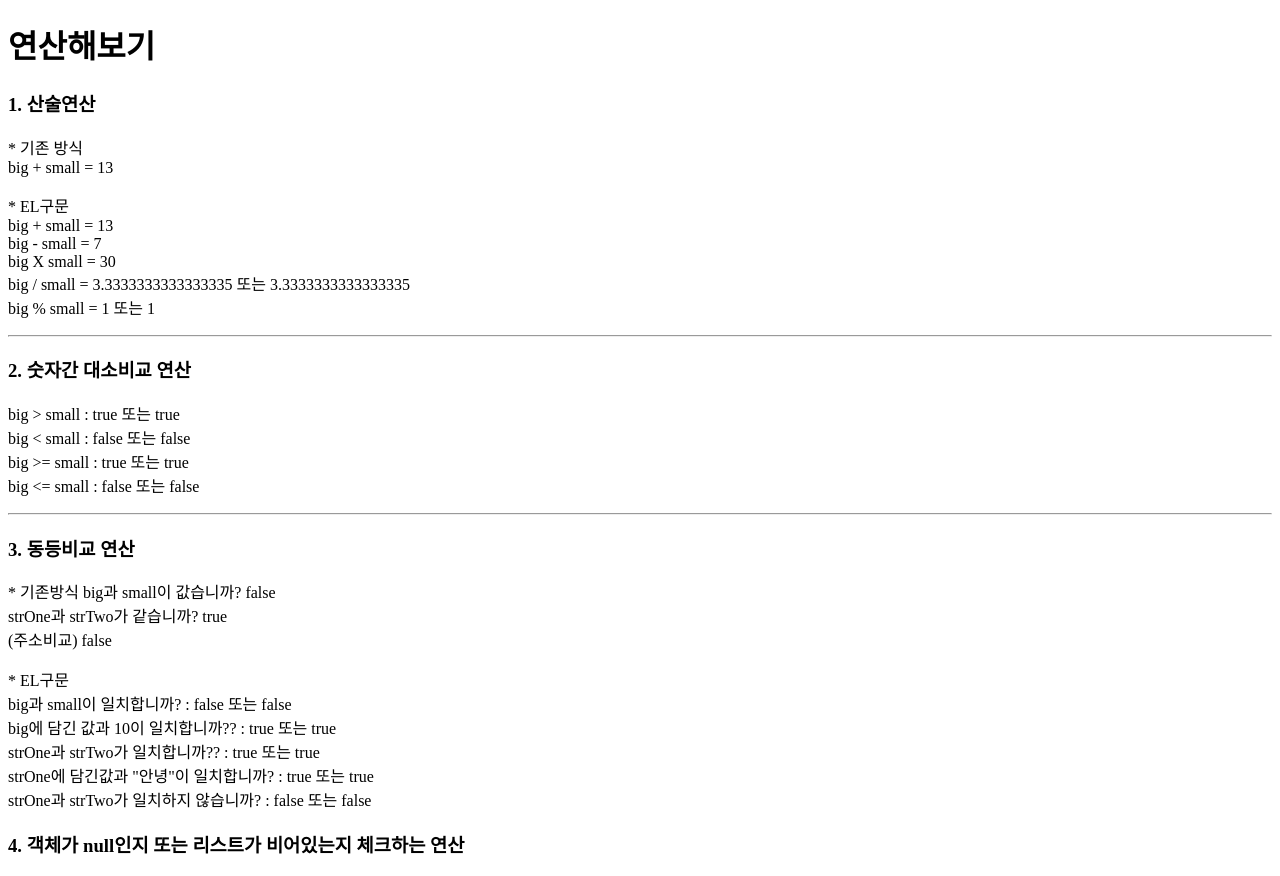
Repository: judeyong/myWebWorkSpace2
Page: http://localhost/Action_Project/operation.do
An editor plug-in stored every save of this project. The page is shown before and after the next save, followed by the edit.
The browser window is 1280 px wide. The pictures show the whole page.
The page is served by Tomcat 9. Other server files are loaded and not shown.

Above is the page before, as saved 2024-04-03 02:38:37.

### Action_Project/WebContent/views/02_elOperation.jsp
<%@ page language="java" contentType="text/html; charset=UTF-8"
    pageEncoding="UTF-8"%>
<!DOCTYPE html>
<html>
<head>
<meta charset="UTF-8">
<title>Insert title here</title>
</head>
<body>

	<h1>연산해보기</h1>
	<h3>1. 산술연산</h3>

	<p>
		* 기존 방식 <br>
		big + small = <%= (int)request.getAttribute("big") + (int)request.getAttribute("small") %>
	</p>

	<p>
		* EL구문<br>
		big + small = ${ big + small } <br>
		big - small = ${ big - small } <br>
		big X small = ${ big * small } <br>
		big / small = ${ big / small } 또는 ${ big div small }<br>
		big % small = ${ big % small } 또는 ${ big mod small }<br>
	</p>

	<hr>

	<h3>2. 숫자간 대소비교 연산</h3>

	<p>
		big &gt; small : ${ big > small } 또는 ${ big gt small } <br>
		big &lt; small : ${ big < small } 또는 ${ gib lt small } <br>
		big &gt;= small : ${ big >= small } 또는 ${ big ge small } <br>
		big &lt;= small : ${ big <= small } 또는 ${ big le small } <br>
	</p>

	<hr>

	<h3>3. 동등비교 연산</h3>

	<p>
		* 기존방식
		big과 small이 값습니까?
		<%= (int)request.getAttribute("big") == (int)request.getAttribute("small") %> <br>
		strOne과 strTwo가 같습니까?
		<%= ((String)request.getAttribute("strOne")).equals((String)request.getAttribute("strTwo")) %> <br>
		(주소비교)
		<%= (String)request.getAttribute("strOne") == (String)request.getAttribute("strTwo") %> <br>
	</p>

	<p>
		* EL구문 <br>
		big과 small이 일치합니까? : ${ big == small } 또는 ${ big eq small }<br>
		big에 담긴 값과 10이 일치합니까??  : ${ big == 10 } 또는 ${ big eq 10 }<br>
		strOne과 strTwo가 일치합니까?? : ${ strOne == strTwo } 또는 ${ strOne eq strTwo } <br>
		<!-- EL에서의 문자열의 == 비교는 자바에서의 equals() 와 같은 동작을 함 -->
		strOne에 담긴값과 "안녕"이 일치합니까? : ${ strOne == "안녕" } 또는 ${ strOne == '안녕' } <br>
		<!-- EL에서의 문자열 리터럴 비교 시 쌍따옴표 / 홑따옴표 둘다 사용 가능 -->
		strOne과 strTwo가 일치하지 않습니까? : ${ strOne != strTwo } 또는 ${ strOne ne strTwo } <br>
		<!-- ne : not equals -->
	</p>

	<h3>4. 객체가 null인지 또는 리스트가 비어있는지 체크하는 연산</h3>

	<p>

	</p>

























</body>
</html>

### Action_Project/src/com/kh/controller/OperationServlet.java
package com.kh.controller;

import java.io.IOException;
import java.util.ArrayList;

import javax.servlet.ServletException;
import javax.servlet.annotation.WebServlet;
import javax.servlet.http.HttpServlet;
import javax.servlet.http.HttpServletRequest;
import javax.servlet.http.HttpServletResponse;

import com.kh.model.vo.Person;

/**
 * Servlet implementation class OperationServlet
 */
@WebServlet("/operation.do")
public class OperationServlet extends HttpServlet {
	private static final long serialVersionUID = 1L;

    /**
     * @see HttpServlet#HttpServlet()
     */
    public OperationServlet() {
        super();
        // TODO Auto-generated constructor stub
    }

	/**
	 * @see HttpServlet#doGet(HttpServletRequest request, HttpServletResponse response)
	 */
	protected void doGet(HttpServletRequest request, HttpServletResponse response) throws ServletException, IOException {

		// 테스트 할 수 있는 값 넘기기
		request.setAttribute("big", 10);
		request.setAttribute("small", 3);

		request.setAttribute("strOne", "안녕");
		request.setAttribute("strTwo", new String("안녕"));

		request.setAttribute("personOne", new Person("홍길동", 15, "한양"));
		request.setAttribute("personTwo", null);

		ArrayList<String> list1 = new ArrayList();
		request.setAttribute("listOne", list1);

		ArrayList<String> list2 = new ArrayList();
		list2.add("ㅎㅇ");
		request.setAttribute("listTwo", list2);

		// 일단 여기까지 requestScope에 총 8개의 값을 담았음
		request.getRequestDispatcher("views/02_elOperation.jsp").forward(request, response);

	}

	/**
	 * @see HttpServlet#doPost(HttpServletRequest request, HttpServletResponse response)
	 */
	protected void doPost(HttpServletRequest request, HttpServletResponse response) throws ServletException, IOException {
		// TODO Auto-generated method stub
		doGet(request, response);
	}

}

### Action_Project/src/com/kh/model/vo/Person.java
package com.kh.model.vo;

public class Person {

	private String name;
	private int age;
	private String address;

	public Person() {
		super();
	}

	public Person(String name, int age, String address) {
		super();
		this.name = name;
		this.age = age;
		this.address = address;
	}

	public String getName() {
		return name;
	}

	public void setName(String name) {
		this.name = name;
	}

	public int getAge() {
		return age;
	}

	public void setAge(int age) {
		this.age = age;
	}

	public String getAddress() {
		return address;
	}

	public void setAddress(String address) {
		this.address = address;
	}

	@Override
	public String toString() {
		return "Person [name=" + name + ", age=" + age + ", address=" + address + "]";
	}

}

After the next save:
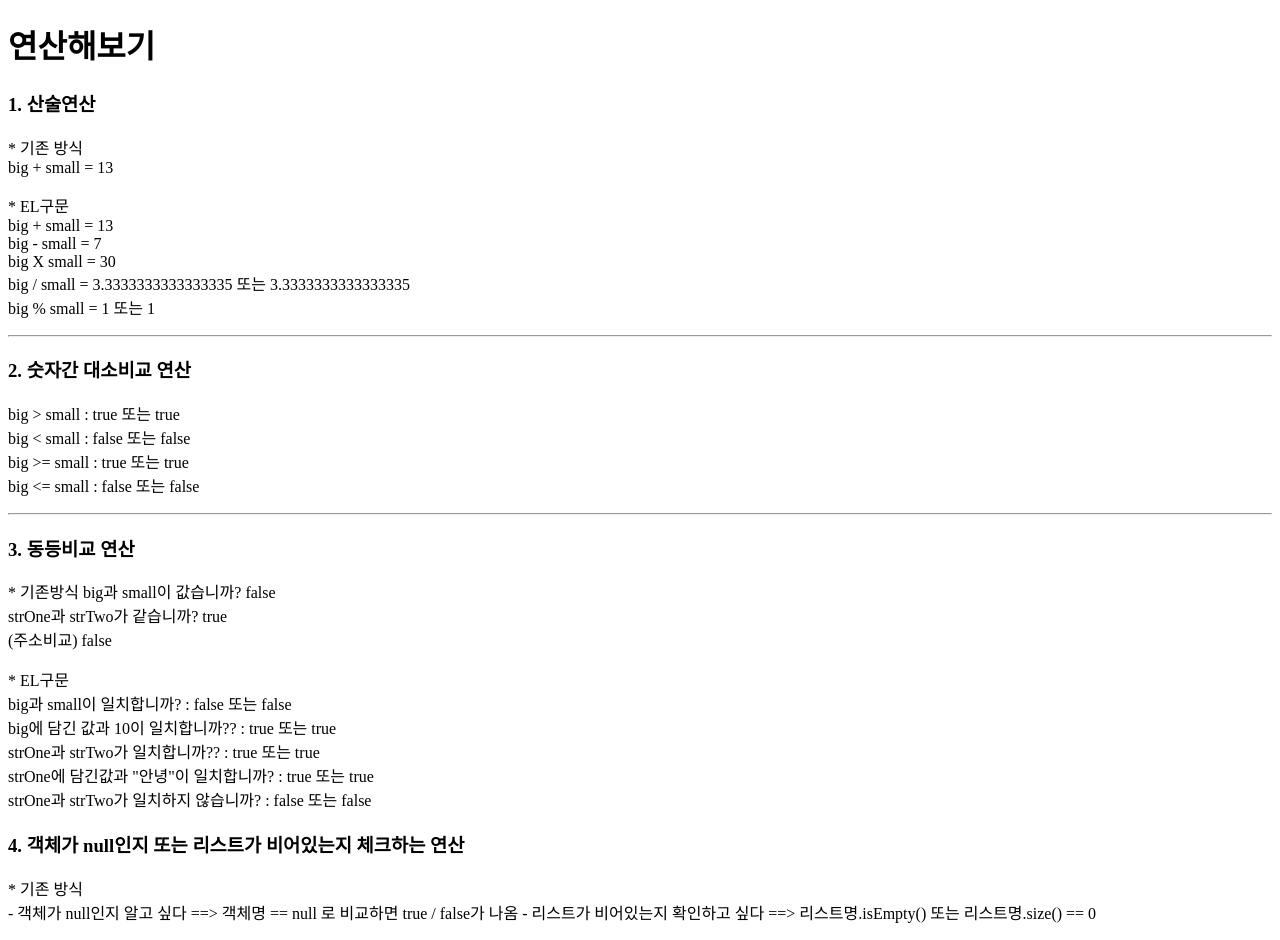
Saved 56 s later.
--- a/Action_Project/WebContent/views/02_elOperation.jsp
+++ b/Action_Project/WebContent/views/02_elOperation.jsp
@@ -65,6 +65,10 @@
 	<h3>4. 객체가 null인지 또는 리스트가 비어있는지 체크하는 연산</h3>
 
 	<p>
+		* 기존 방식 <br>
+		- 객체가 null인지 알고 싶다 ==> 객체명 == null 로 비교하면 true / false가 나옴
+		- 리스트가 비어있는지 확인하고 싶다 ==> 리스트명.isEmpty() 또는 리스트명.size() == 0
+
 
 	</p>
 
